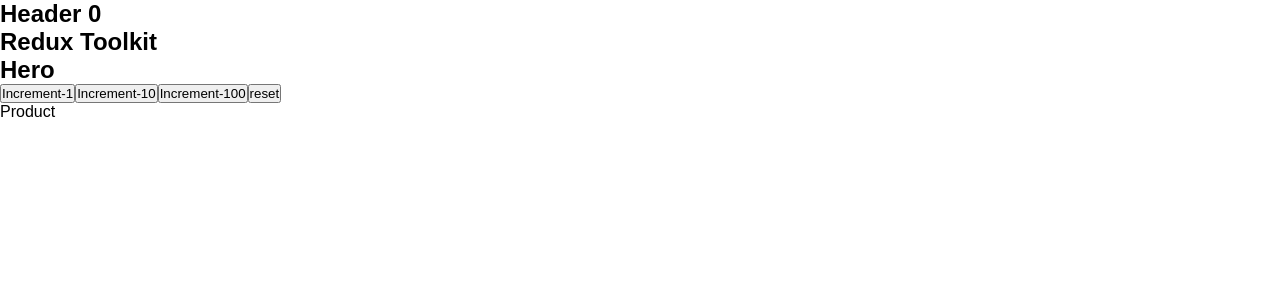
Repository: SitoraRashidova/userCrudFront
Page: /
An editor plug-in stored every save of this project. The page is shown before and after a run of saves, followed by the edit.
The browser window is 1280 px wide. The pictures show the whole page.
The project was rebuilt for these pictures with package versions that can differ from the ones it lists, and the page was loaded fresh each time. Also part of the build but not shown: vite.config.js.

Above is the page before, as saved 2024-12-09 23:33:53.

After the next 2 saves:
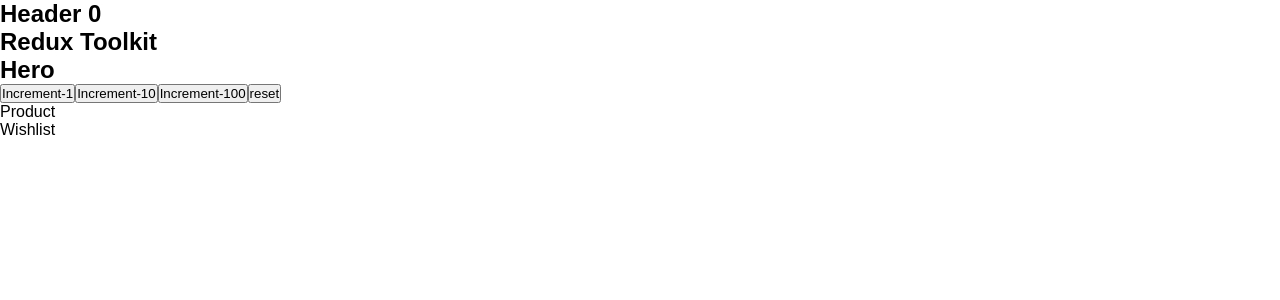
The 2 saves are shown as one change because they came seconds apart.
The last was saved 18 s later.
--- a/src/App.jsx
+++ b/src/App.jsx
@@ -2,6 +2,7 @@
 import { Header } from "./components/Header";
 import Hero from "./components/Hero";
 import Product from "./components/Product";
+import Wishlist from "./components/Wishlist";
 function App() {
   return (
     <>
@@ -9,6 +10,7 @@
       <h2>Redux Toolkit</h2>
       <Hero />
       <Product />
+      <Wishlist />
     </>
   );
 }
